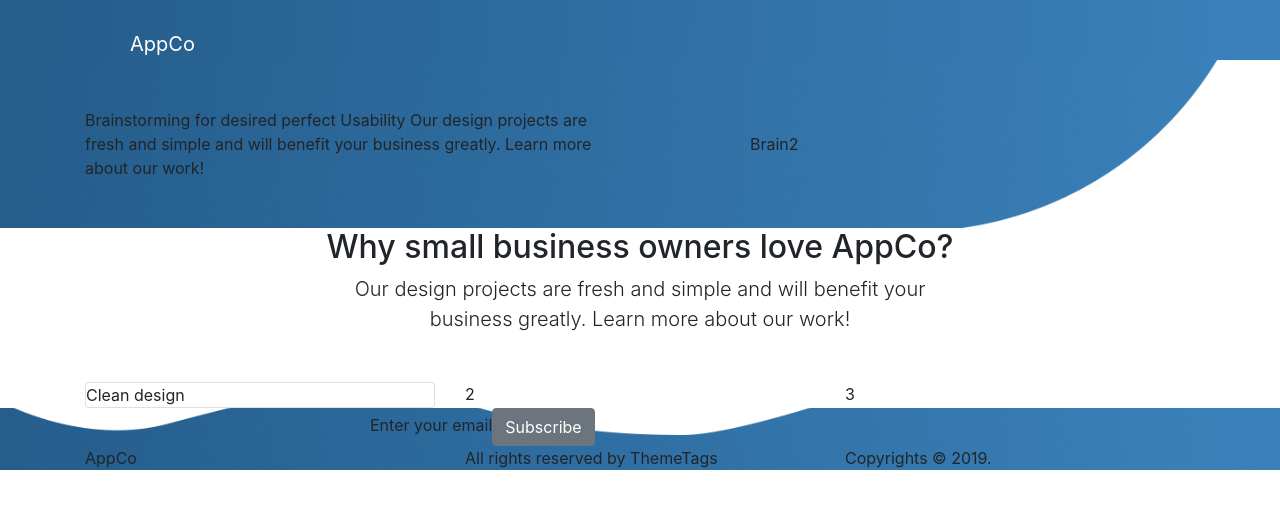
Repository: andbilous/user-statistics-app
Page: /
The author's editor kept a copy of each file at every save. The page is drawn from the files as they stood at one save, then again after a run of saves.
The browser window is 1280 px wide. The pictures show the whole page.
The project was rebuilt for these pictures with package versions that can differ from the ones it lists, and the page was loaded fresh each time. Also part of the build but not shown: src/components/reasons/reasons.scss.

Above is the page before, as saved 2020-06-19 15:13:44.

After the next 2 saves:
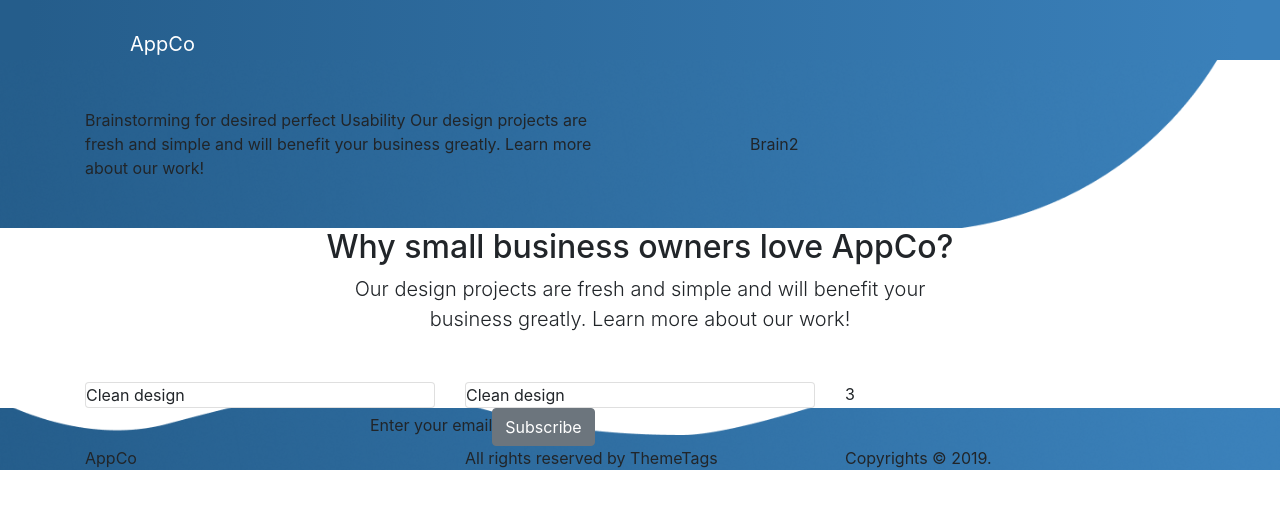
The 2 saves are shown as one change because they came seconds apart.
The last was saved 8 s later.
--- a/src/components/reasons/index.js
+++ b/src/components/reasons/index.js
@@ -23,7 +23,11 @@ const Reasons = () => {
                 Clean design
               </Card>
             </Col>
-            <Col className='col-lg-4 col-md'>2</Col>
+            <Col className='col-lg-4 col-md'>
+            <Card>
+                Clean design
+              </Card>
+            </Col>
             <Col className='col-lg-4 col-md'>3</Col>
           </Row>
 
